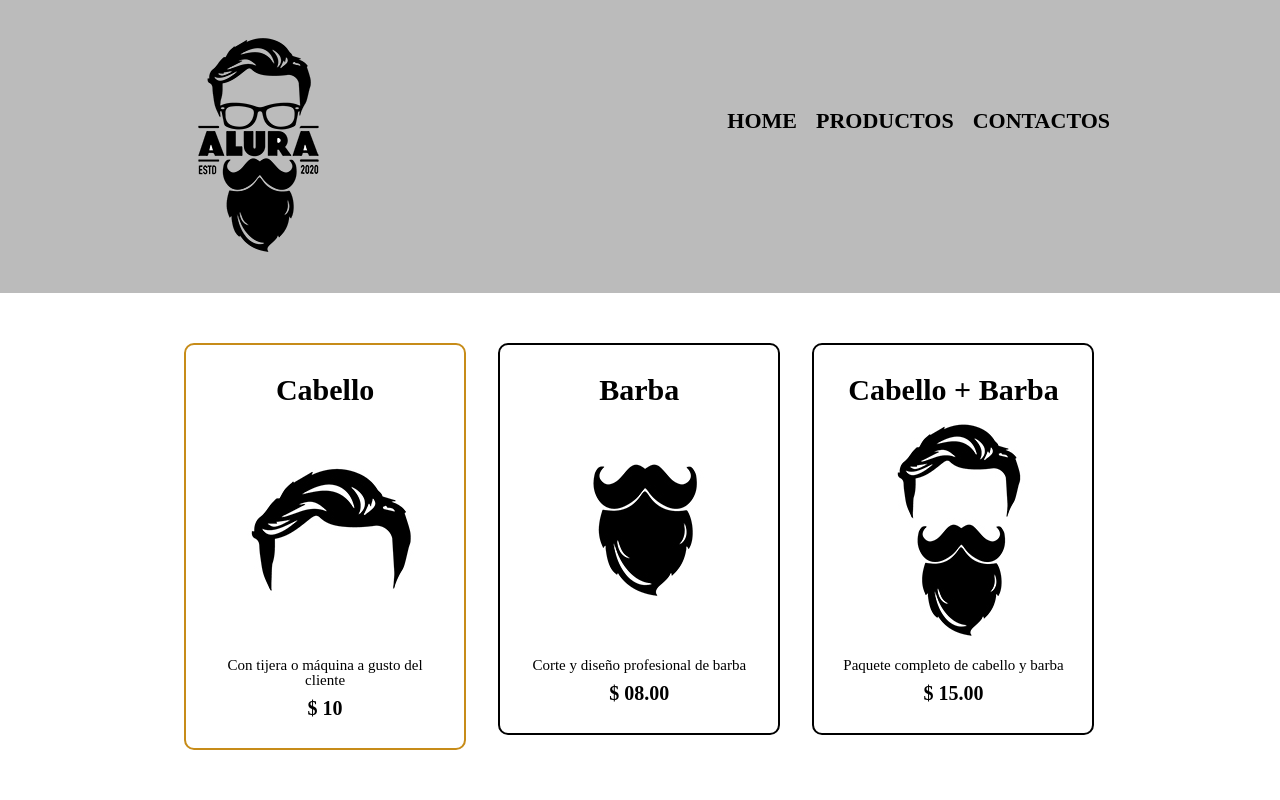
Repository: Ciromontes/Barber-a
Page: productos.html
These files come from the project's save history. The page is drawn as it stood at one moment and after the next save; the edit follows.
The browser window is 1280 px wide. The pictures show the whole page.
The first visible `.productos li` is being pressed.

Above is the page before, as saved 2022-12-23 22:16:11.

After the next save:
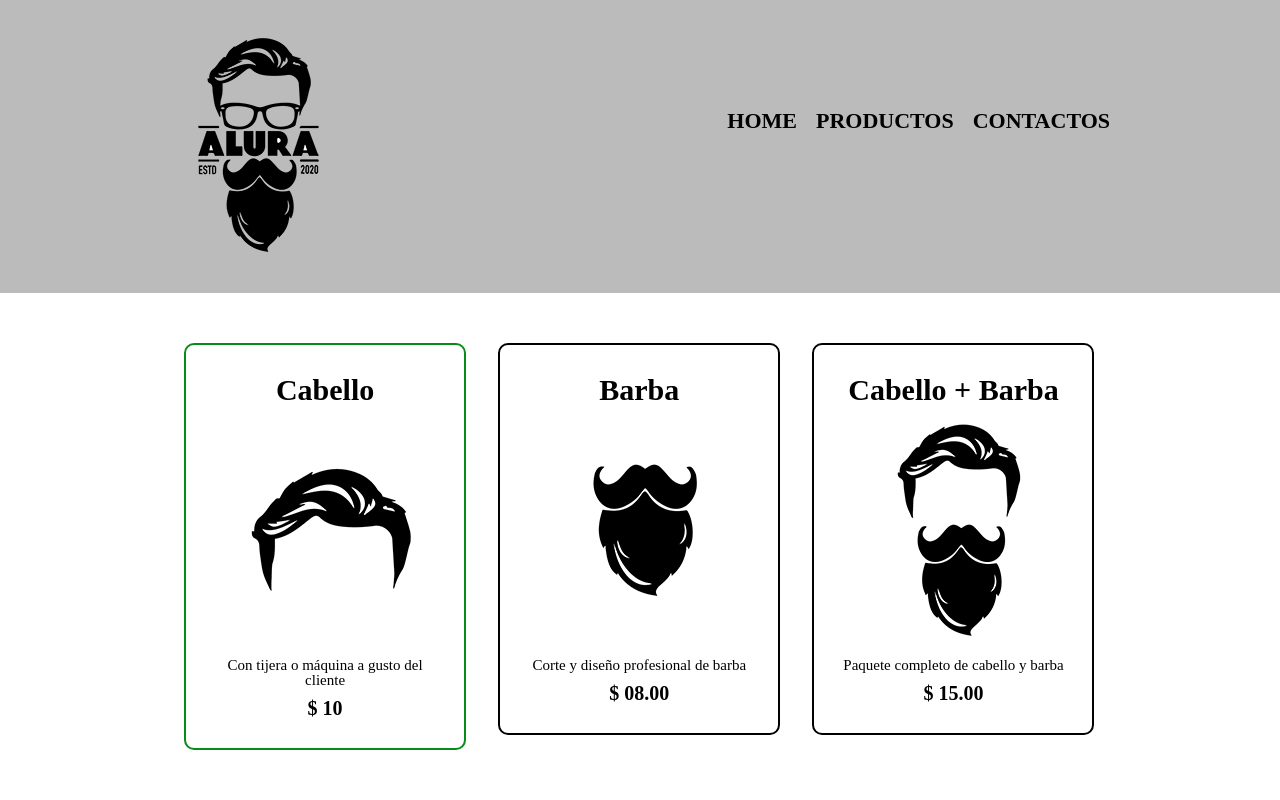
Saved 68 s later.
--- a/productos.css
+++ b/productos.css
@@ -60,7 +60,7 @@
 }
 
 .productos li:active{
-    border: color #088c19;
+    border-color:  #088c19;
 }
 
 .productos h2{
